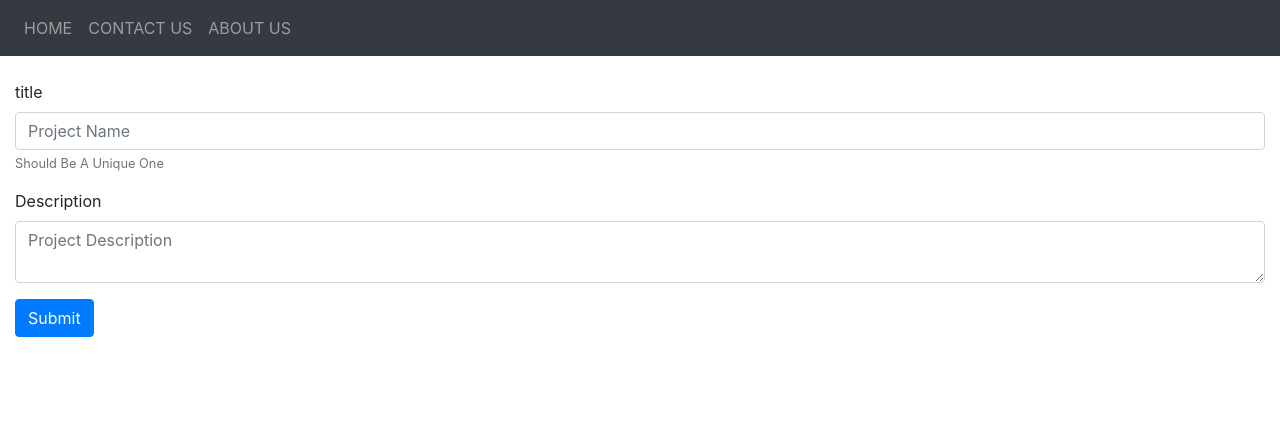
Repository: ROCKY-SAM/laravel5.7
Page: http://localhost/project/create
An editor plug-in stored every save of this project. The page is shown before and after the next save, followed by the edit.
The browser window is 1280 px wide. The pictures show the whole page.
The page is served by the project's Laravel application, run on PHP 8.4 with Laravel 8. Other server files are loaded and not shown.

Above is the page before, as saved 2018-11-12 23:14:28.

### routes/web.php
<?php

/*
|--------------------------------------------------------------------------
| Web Routes
|--------------------------------------------------------------------------
|
| Here is where you can register web routes for your application. These
| routes are loaded by the RouteServiceProvider within a group which
| contains the "web" middleware group. Now create something great!
|
*/

Route::get('/','PagesController@index');
Route::get('/contact','PagesController@contact');
Route::get('/about','PagesController@about');
// Route::get('/project/create','PagesController@create');
// Route::post('/project/save','PagesController@save');

Route::resource('project','PagesController');
Route::resource('students','StudentsController');

### app/Http/Controllers/PagesController.php
<?php

namespace App\Http\Controllers;

use Illuminate\Http\Request;
use App\Project;
class PagesController extends Controller
{
    //

    public function index(){
        $project = Project::all();
        return view('welcome',[
            'foo' => 'Laravel',
            'projects' => $project
        ]);
    }
    public function about(){
        return view('about');
    }
    public function contact(){
        return view('contact');
    }
    public function create(){
        return view('projectCreate');
    }
    public function store(Project $project){
        $validate = request()->validate([
            'title'=>['required','min:3'],
            'description' => ['required','min:3']
        ]);
        $project->create($validate);
        return redirect('/');
    }
    public function edit(Project $project){
        return view('projectEdit',compact('project'));
    }
    public function update(Project $project){
        $project->update(request(['title','description']));
        return redirect('/project');
    }
    public function destroy(Project $project){
        $project->delete();
        return redirect('/project');
    }
}

### resources/views/projectCreate.blade.php
@extends('layout')

@section('title')
    New Project
@endsection


@section('content')
    <form method="POST" action="/project">
        @csrf
        <div class="form-group">
          <label for="exampleInputEmail1">title</label>
        <input type="text" class="form-control  {{ $errors->has('title') ? 'danger' : '' }}" id="exampleInputEmail1" aria-describedby="emailHelp" placeholder="Project Name"  name="title" value="{{ old('title') }}">
          <small id="emailHelp" class="form-text text-muted">Should Be A Unique One</small>
        </div>
        <div class="form-group">
          <label for="exampleInputPassword1">Description</label>
        <textarea class="form-control" id="exampleInputPassword1" placeholder="Project Description" name="description">{{ old('description') }}</textarea>
        </div>

        <button type="submit" class="btn btn-primary">Submit</button>
    </form>

@if($errors->any())
    <div class="danger">
        <ul>
            @foreach ($errors->all() as $error)
                <li>{{ $error }}</li>
            @endforeach
        </ul>
    </div>
@endif

@endsection

### resources/views/layout.blade.php
<!DOCTYPE html>
<html lang="en">
  <head>
    <meta charset="utf-8">
    <meta http-equiv="X-UA-Compatible" content="IE=edge">
    <title>@yield('title','SAM LARAVEl')</title>
    <meta name="viewport" content="width=device-width, initial-scale=1">
    <link rel="stylesheet" href="https://maxcdn.bootstrapcdn.com/bootstrap/4.1.3/css/bootstrap.min.css">
    <script src="https://ajax.googleapis.com/ajax/libs/jquery/3.3.1/jquery.min.js"></script>
    <script src="https://cdnjs.cloudflare.com/ajax/libs/popper.js/1.14.3/umd/popper.min.js"></script>
    <script src="https://maxcdn.bootstrapcdn.com/bootstrap/4.1.3/js/bootstrap.min.js"></script>
  </head>
  <body>

    <nav class="navbar navbar-expand-sm bg-dark navbar-dark fixed-top">
        <ul class="navbar-nav">
          <li class="nav-item">
            <a class="nav-link" href="/project">HOME</a>
          </li>
          <li class="nav-item">
            <a class="nav-link" href="/contact">CONTACT US</a>
          </li>
          <li class="nav-item">
            <a class="nav-link" href="/about">ABOUT US</a>
          </li>
        </ul>
      </nav>




      <div class="container-fluid" style="margin-top:80px">
            @yield('content')
          </div>


    <script src="https://ajax.googleapis.com/ajax/libs/jquery/3.3.1/jquery.min.js"></script>
  </body>
</html>

Loaded but not shown: app/Providers/AppServiceProvider.php (common file); app/Http/Controllers/Controller.php (common file)

After the next save:
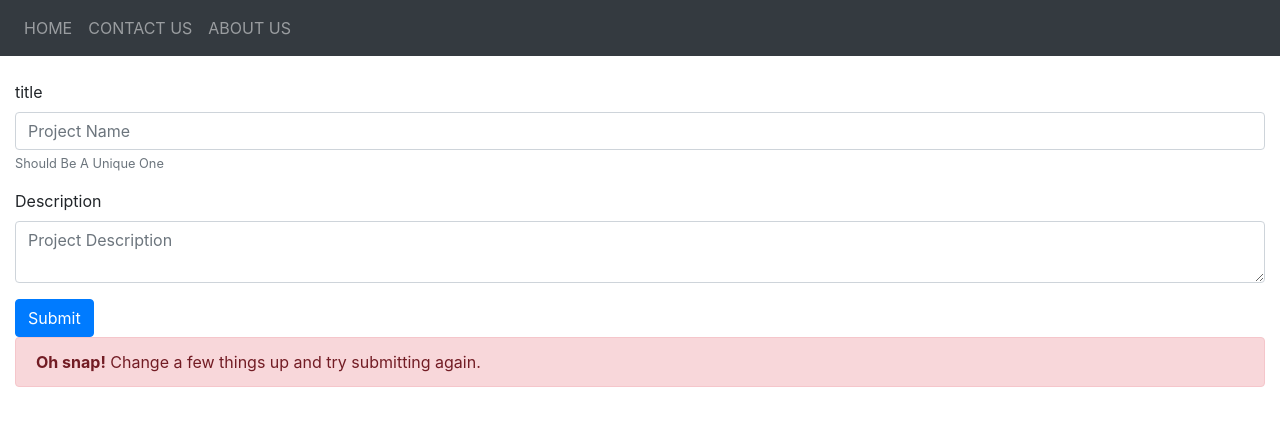
Saved 81 s later.
--- a/resources/views/projectCreate.blade.php
+++ b/resources/views/projectCreate.blade.php
@@ -22,7 +22,7 @@
     </form>
 
 @if($errors->any())
-    <div class="danger">
+<div class="alert alert-danger" role="alert">
         <ul>
             @foreach ($errors->all() as $error)
                 <li>{{ $error }}</li>
@@ -31,4 +31,9 @@
     </div>
 @endif
 
+
+
+<div class="alert alert-danger" role="alert">
+    <strong>Oh snap!</strong> Change a few things up and try submitting again.
+  </div>
 @endsection

After the 3 saves that followed:
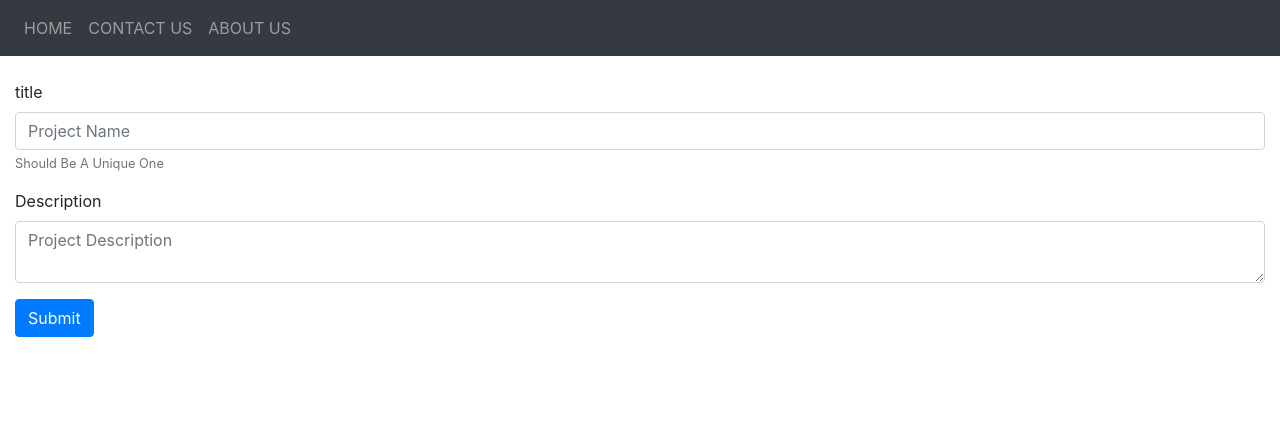
The 3 saves are shown as one change because they came seconds apart.
The last was saved 8 s later.
--- a/resources/views/projectCreate.blade.php
+++ b/resources/views/projectCreate.blade.php
@@ -22,7 +22,7 @@
     </form>
 
 @if($errors->any())
-<div class="alert alert-danger" role="alert">
+    <div class="alert alert-danger" role="alert">
         <ul>
             @foreach ($errors->all() as $error)
                 <li>{{ $error }}</li>
@@ -33,7 +33,4 @@
 
 
 
-<div class="alert alert-danger" role="alert">
-    <strong>Oh snap!</strong> Change a few things up and try submitting again.
-  </div>
 @endsection
